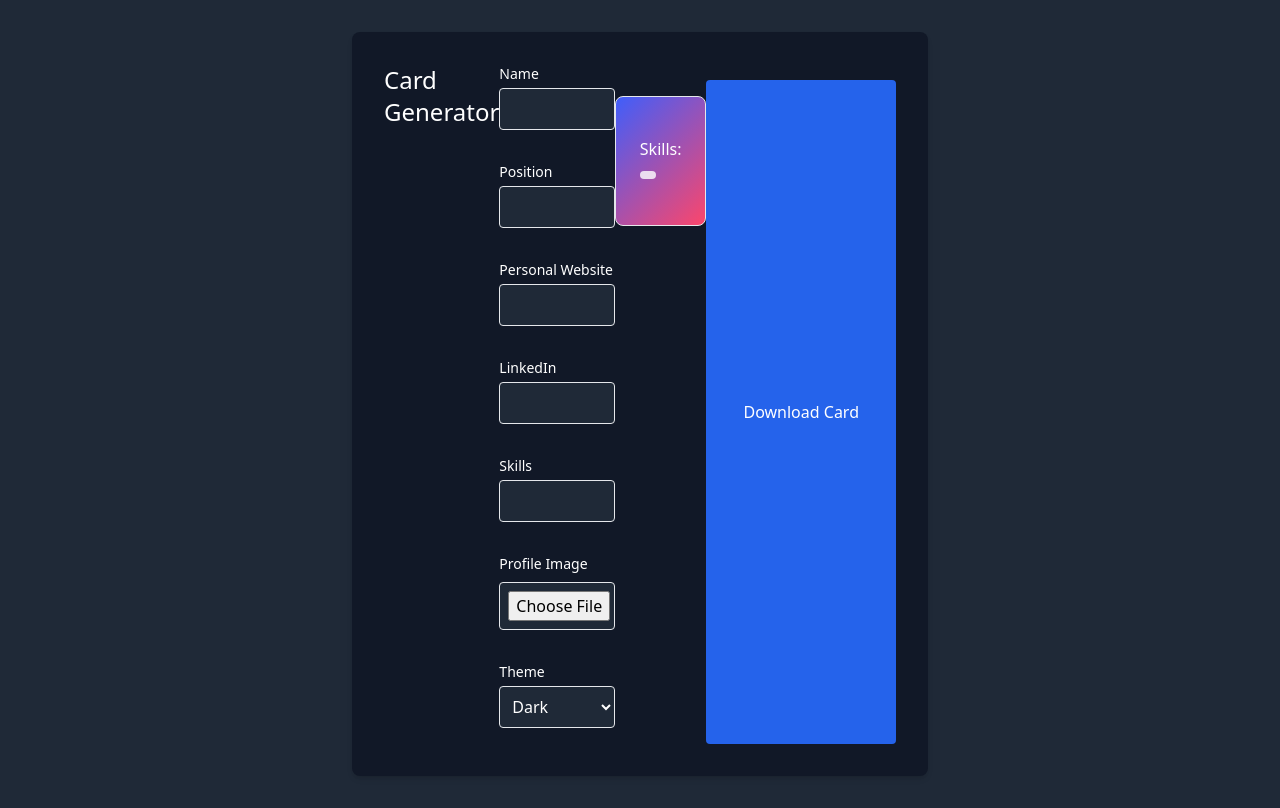
Repository: SmanSayeed/card-generator-react-application
Page: /
An editor plug-in stored every save of this project. The page is shown before and after a run of saves, followed by the edit.
The browser window is 1280 px wide. The pictures show the whole page.
The project was rebuilt for these pictures with package versions that can differ from the ones it lists, and the page was loaded fresh each time. Also part of the build but not shown: vite.config.js.

Above is the page before, as saved 2024-09-24 16:25:56.

### src/main.jsx
import { StrictMode } from 'react'
import { createRoot } from 'react-dom/client'
import './index.css';
import App from './App';
import { Provider } from 'react-redux';
import { configureStore } from '@reduxjs/toolkit';
import { persistStore } from 'redux-persist';
import { PersistGate } from 'redux-persist/integration/react';
import cardReducer from './features/cardSlice';

const store = configureStore({
  reducer: {
    card: cardReducer,
  },
});
const persistor = persistStore(store);
createRoot(document.getElementById('root')).render(
  <StrictMode>
     <Provider store={store}>
     <PersistGate loading={null} persistor={persistor}>
    <App />
    </PersistGate>
    </Provider>
  </StrictMode>,
)

### src/App.jsx
import React from 'react';
import { useDispatch, useSelector } from 'react-redux';
import { updateField, setTheme } from './features/cardSlice';
import './App.css';
import CardGenerator from './components/template/CardGenerator';

const themes = {
  dark: "bg-gray-800 text-white",
  light: "bg-white text-black",
  green: "bg-green-200 text-black",
  blue: "bg-blue-200 text-black",
  minimal: "bg-gray-200 text-black",
};

function App() {

  return (
    <div className="p-8 min-h-screen bg-gray-800 text-white">
    <CardGenerator />
  </div>
  );
}

export default App;

### src/features/cardSlice.js
import { createSlice } from '@reduxjs/toolkit';
import { persistReducer } from 'redux-persist';
import storage from 'redux-persist/lib/storage';

const cardSlice = createSlice({
  name: 'card',
  initialState: {
    name: '',
    position: '',
    profileImage: '',
    personalWebsite: '',
    linkedin: '',
    skills: '',
    theme: 'dark', // default theme
  },
  reducers: {
    updateField: (state, action) => {
      const { field, value } = action.payload;
      state[field] = value;
    },
    setTheme: (state, action) => {
      state.theme = action.payload;
    },
  },
});

const persistConfig = {
  key: 'root',
  storage,
};

const persistedReducer = persistReducer(persistConfig, cardSlice.reducer);

export const { updateField, setTheme } = cardSlice.actions;
export default persistedReducer;

### src/App.css
.body.dark-mode {
  background: black;
  color: white;
  font-family: 'Arial', sans-serif;
}
ul {
  list-style: none;
  padding: 0;
}
.badge {
  display: inline-block;
  font-size: 0.875em;
  margin-right: 0.25rem;
  padding: 0.25rem 0.5rem;
  background: rgba(255,255,255,0.8);
}
.card {
  background: linear-gradient(135deg, rgba(63,94,251,1) 0%, rgba(252,70,107,1) 100%);
}

### src/components/template/CardGenerator.jsx
import React from "react";

import html2canvas from "html2canvas";
import jsPDF from "jspdf";
import CardForm from "../organisms/CardForm";
import Card from "../organisms/Card";
import Button from "../atoms/Button";

const CardGenerator = () => {
  const downloadCard = () => {
    const input = document.getElementById("card");
    html2canvas(input).then((canvas) => {
      const imgData = canvas.toDataURL("image/png");
      const pdf = new jsPDF();
      pdf.addImage(imgData, "PNG", 0, 0);
      pdf.save("card.pdf");
    });
  };

  return (
    <div className="max-w-xl mx-auto bg-gray-900 text-white p-8 rounded-lg shadow-md">
      <div className="flex justify-center align-items-center">
      <h1 className="text-2xl mb-4">Card Generator</h1>
      <CardForm />
      <div>

      </div>
      <div id="card">
        <Card />
      </div>
      <Button onClick={downloadCard}>Download Card</Button>
      </div>


    </div>
  );
};

export default CardGenerator;

### src/components/organisms/CardForm.js
import React from 'react';
import FormField from '../molecules/FormField';
import Button from '../atoms/Button';
import { useDispatch, useSelector } from 'react-redux';
import { updateField, setTheme } from '../../features/cardSlice';

const CardForm = () => {
  const dispatch = useDispatch();
  const card = useSelector((state) => state.card);

  const handleChange = (e) => {
    const { name, value } = e.target;
    dispatch(updateField({ field: name, value }));
  };

  const handleThemeChange = (e) => {
    dispatch(setTheme(e.target.value));
  };

  return (
    <form className="grid grid-cols-1 gap-4">
      <FormField type="text" label="Name" name="name" value={card.name} onChange={handleChange} />
      <FormField type="text" label="Position" name="position" value={card.position} onChange={handleChange} />
      <FormField type="text" label="Personal Website" name="personalWebsite" value={card.personalWebsite} onChange={handleChange} />
      <FormField type="text" label="LinkedIn" name="linkedin" value={card.linkedin} onChange={handleChange} />
      <FormField type="text" label="Skills" name="skills" value={card.skills} onChange={handleChange} />
      <FormField type="file" label="Profile Image" onChange={(e) => handleChange({ target: { name: 'profileImage', value: URL.createObjectURL(e.target.files[0]) } })} />
      <FormField type="select" label="Theme" name="theme" value={card.theme} onChange={handleThemeChange} options={[
        { value: 'dark', label: 'Dark' },
        { value: 'light', label: 'Light' },
        { value: 'green', label: 'Green' },
        { value: 'blue', label: 'Blue' },
        { value: 'minimal', label: 'Minimal' },
      ]} />
    </form>
  );
};

export default CardForm;

### src/components/organisms/Card.js
import React from 'react';
import { useSelector } from 'react-redux';

const themes = {
  dark: 'bg-gray-800 text-white',
  light: 'bg-white text-black',
  green: 'bg-green-200 text-black',
  blue: 'bg-blue-200 text-black',
  minimal: 'bg-gray-200 text-black',
};

const Card = () => {
  const card = useSelector((state) => state.card);

  return (
    <div className={`card mt-8 p-6 rounded-lg border shadow-sm ${themes[card.theme]}`}>
      <div className="flex items-center mb-4">
        {card.profileImage && (
          <img src={card.profileImage} alt="Profile" className="w-12 h-12 rounded-full mr-4" />
        )}
        <div>
          <h2 className="text-xl">{card.name}</h2>
          <p>{card.position}</p>
        </div>
      </div>

      <div className="mb-4">
        <a href={card.personalWebsite} target="_blank" className="block">
          {card.personalWebsite}
        </a>
        <a href={card.linkedin} target="_blank" className="block">
          {card.linkedin}
        </a>
      </div>

      <div className="mb-4">
        <p>
          Skills: {card.skills.split(',').map((skill) => (
            <span key={skill} className="badge bg-gray-200 text-black p-1 rounded mr-1">
              {skill}
            </span>
          ))}
        </p>
      </div>

      <div className="mt-4">
        <a href={card.personalWebsite} target="_blank" className="block mt-2 text-sm">
          {card.personalWebsite}
        </a>
      </div>
    </div>
  );
};

export default Card;

### src/components/atoms/Button.js
import React from 'react';

const Button = ({ onClick, children, ...props }) => (
  <button
    onClick={onClick}
    className="mt-4 w-full p-2 bg-blue-600 text-white rounded"
    {...props}
  >
    {children}
  </button>
);

export default Button;

### src/components/molecules/FormField.js
import React from 'react';
import TextInput from '../atoms/TextInput';
import FileInput from '../atoms/FileInput';
import SelectInput from '../atoms/SelectInput';

const FormField = ({ type, ...props }) => {
  switch (type) {
    case 'text':
      return <TextInput {...props} />;
    case 'file':
      return <FileInput {...props} />;
    case 'select':
      return <SelectInput {...props} />;
    default:
      return null;
  }
};

export default FormField;

### src/components/atoms/textInput.js
import React from 'react';

const TextInput = ({ label, name, value, onChange, ...props }) => (
  <div className="mb-4">
    {label && <label className="block text-sm mb-1">{label}</label>}
    <input
      type="text"
      name={name}
      value={value}
      onChange={onChange}
      className="p-2 bg-gray-800 border rounded w-full"
      {...props}
    />
  </div>
);

export default TextInput;

### src/components/atoms/fileInput.js
import React from 'react';

const FileInput = ({ label, name, onChange }) => (
  <div className="mb-4">
    {label && <label className="block text-sm mb-1">{label}</label>}
    <input
      type="file"
      name={name}
      onChange={onChange}
      className="mt-1 p-2 bg-gray-800 border rounded w-full"
    />
  </div>
);

export default FileInput;

### src/components/atoms/selectInput.js
import React from 'react';

const SelectInput = ({ label, name, value, onChange, options }) => (
  <div className="mb-4">
    {label && <label className="block text-sm mb-1">{label}</label>}
    <select
      name={name}
      value={value}
      onChange={onChange}
      className="p-2 bg-gray-800 border rounded w-full"
    >
      {options.map((option, index) => (
        <option key={index} value={option.value}>
          {option.label}
        </option>
      ))}
    </select>
  </div>
);

export default SelectInput;

### tailwind.config.js
// tailwind.config.js
/** @type {import('tailwindcss').Config} */
export default {
  content: ["./index.html", "./src/**/*.{js,ts,jsx,tsx}"],
  theme: {
    extend: {},
  },
  plugins: [],
};

Loaded but not shown: index.html (common file); src/index.css (common file)

After the next 2 saves:
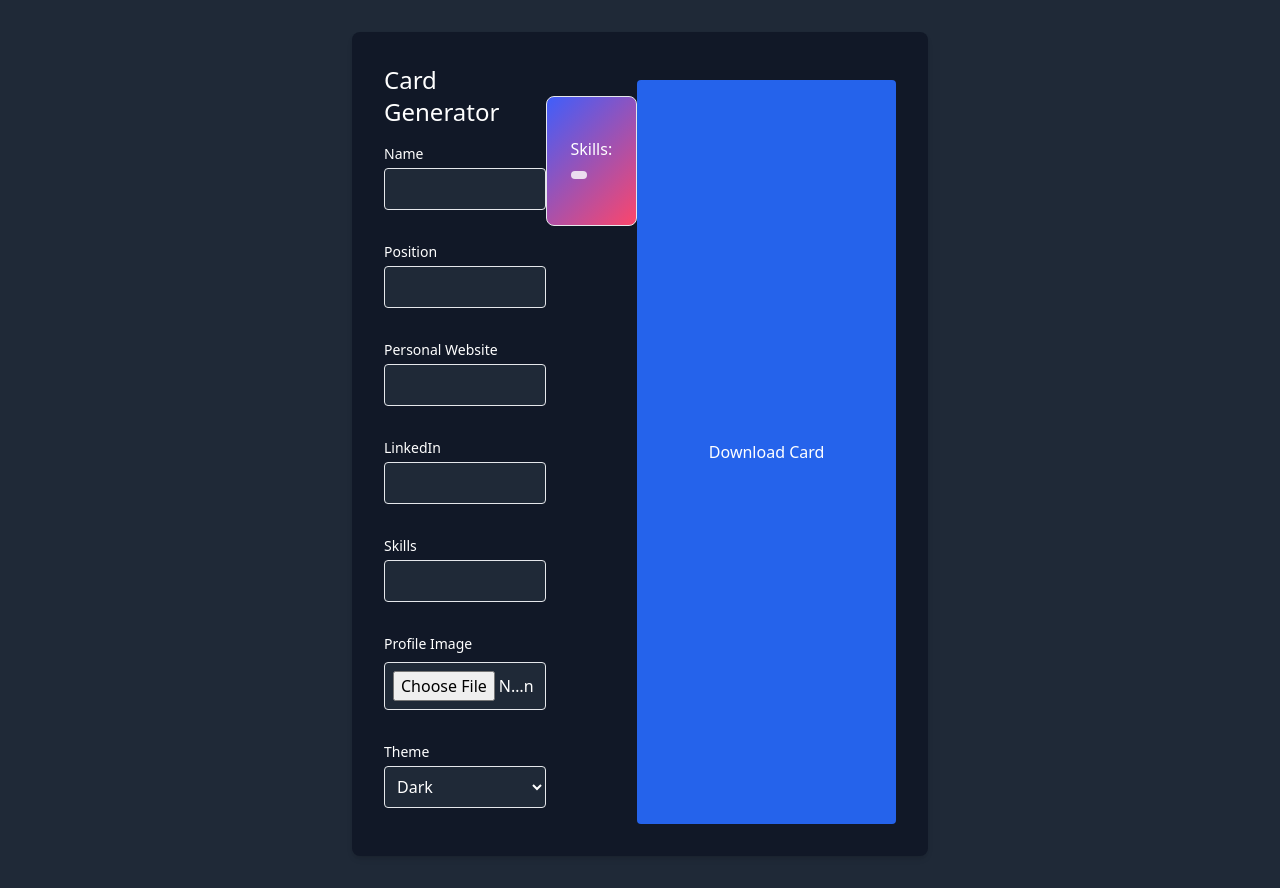
The 2 saves are shown as one change because they came seconds apart.
The last was saved 5 s later.
--- a/src/components/template/CardGenerator.jsx
+++ b/src/components/template/CardGenerator.jsx
@@ -20,10 +20,10 @@ const CardGenerator = () => {
   return (
     <div className="max-w-xl mx-auto bg-gray-900 text-white p-8 rounded-lg shadow-md">
       <div className="flex justify-center align-items-center">
+
+      <div>
       <h1 className="text-2xl mb-4">Card Generator</h1>
       <CardForm />
-      <div>
-
       </div>
       <div id="card">
         <Card />
